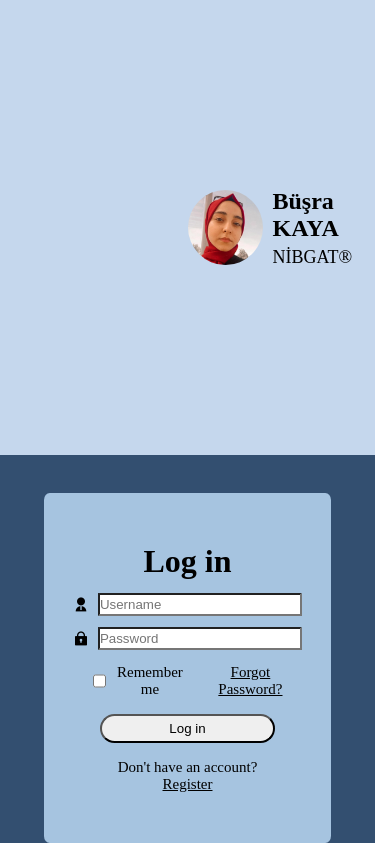
Repository: busra-kayaa/LoginPage
Page: login.html
An editor plug-in stored every save of this project. The page is shown before and after the next save, followed by the edit.
The browser window is 375 px wide. The pictures show the whole page.

Above is the page before, as saved 2024-01-13 15:38:40.

### login.html
<!DOCTYPE html>
<html>
    <head>
        <meta name="viewport" content="width=device-width, initial-scale=1.0"> <!--Bu etiket, web siteyi mobil cihazlarda duyarlı hale getirmek için gereklidir.-->
        <meta name="author" content="Büşra Kaya"/>
        <title>Login Page</title>
        <link
            rel="stylesheet"
            href="./style.css"
            type="text/css"
        />
        <link
            rel="stylesheet"
            href="https://cdnjs.cloudflare.com/ajax/libs/remixicon/3.5.0/remixicon.css"
            crossorigin=""
        />  <!--Remixicon ikon kitaplığını bağlamak için bir stil dosyasını içerir.-->
    </head>
    <body>
        <div class="header-container">
            <div
                class="header-left-side-container"
            >
                <img
                    src="./busra.jpg"
                    height="75px"
                    width="75px"
                    class="logo"
                />
                <div class="header-desc-container">
                    <span class="header-title">
                        Büşra KAYA
                    </span>
                    <span class="header-content">
                        NİBGAT®
                    </span>
                </div>
            </div>
        </div>
        <div class="login-from-container">
            <div class ="login-text"><h1>Log in</h1></div>
            <div class="input-group1">
                <i class="ri-user-2-fill"></i>
                <input
                    type="text"
                    placeholder="Username"
                    class="input-text"
                    autocomplete="off"
                />
            </div>
            <div class="input-group2">
                <i class="ri-lock-2-fill"></i>
                <input
                    type="password"
                    placeholder="Password"
                    class="input-text"
                    autocomplete="off"
                />
            </div>
            <div class="login-check">
                <div class="login-check-box">
                   <input
                        type="checkbox"
                        class="login-check-input"
                        id="user-check"
                    />
                   <label for="user-check" class="login-check-label">Remember me</label>
                </div>
                <a href="#" target="_blank" class="login-forgot">Forgot Password?</a>
            </div>
            <button onclick="alert('Başarıyla Giriş Yaptınız.')" type="submit" class="login-button">Log in</button>
            <div class="login-register">
                Don't have an account? <a href="#"  target="_blank">Register</a>
            </div>
        </div>
    </body>
</html>

### style.css

* {
    padding: 0;
    margin: 0;
}

body {
    background-color: #334F70;
}

.header-container {
    justify-content: space-between;
    background-color: #C5D7ED;
    flex-direction: row;
    align-items: center;
    padding: 20px;
    display: flex;
    margin-bottom: 10%;
}

.header-left-side-container {
    flex-direction: row;
    align-items: center;
    display: flex;
}

.logo {
    border-radius: 50%;
    margin-right: 10px;
}

.header-desc-container {
    display: flex;
    flex-direction: column;
}

.header-title {
    display: flex;
    flex-direction:column;
    font-weight: bold;
    font-size: 24px;
    margin-bottom: 5px;
}

.header-content {
    font-weight:normal;
    font-size: 18px;
    color:rgb(0, 0, 0);
}

.login-from-container {
    background-color: #A6C4E0;
    display: flex;
    border-radius: 2%;
    flex-direction: column;
    align-items: center;
    text-align: center;
    margin: auto;
    width: 32%;
    padding: 50px;
}

.login-text {
    padding-bottom: 15px;
}

.input-group1 {
    display: grid;
    grid-template-columns: 1fr max-content;
    column-gap: .55rem;
    align-items: center;
    margin-bottom: 3%;
}

.input-group1 i {
    font-size: 100 200 px;
}

.input-group2 {
    display: grid;
    grid-template-columns: 1fr max-content;
    column-gap: .55rem;
    align-items: center;

}

.input-group2 i {
    font-size: 100 200 px;
}

.input-text {
    display: flex;
    flex-direction: column;
    width: 230px;
    height: 100%;
    border-radius: 1%;
}

.login-check,
.login-check-box {
    display: flex;
    justify-content: space-between;
    align-items: center;
}

.login-check {
    font-size: 15px;
    margin-top: 1rem;
    margin-bottom: 1rem;
    gap: 34px;
}

.login-check-box {
    column-gap: 10px;
}

.login-check-input {
    width: 1rem;
    height: 2rem;
}

.login-forgot {
    color: black;
}

.login-forgot:hover {
    text-decoration: underline;
}

.login-button {
    width: 175px;
    padding: 5px;
    margin-bottom: 1rem;
    border-radius: 4rem;
    color: var(--black-color);
    font-weight: 500;
}

.login-button:hover {
    background-color: var(--highlight-color);
    color: var(--white-color);
}

.login-button:hover {
    opacity: 0.75;
    cursor: pointer;
}

.login-button:active {
    transform: translateY(2px);
}

.login-register {
    font-size: 15px;
    text-align: center;
}

.login-register a {
    color: var(--white-color);
    font-weight: 500;
}

.login-register a:hover {
    text-decoration: underline;
}
/* Media queries section */

/* Medium devices */
@media only screen  and (max-width: 768px) {

}
/* Small devices*/
@media only screen  and (max-width: 600px) {
    .header-container{
        padding: 50%;
    }
    .login-from-container {
        width: 50%;
    }
    .input-group1 {
        display: grid;
        grid-template-columns: 1fr max-content;
        column-gap: .55rem;
        align-items: center;
        margin-bottom: 8%;
    }
    .input-text {
        display: flex;
        flex-direction: column;
        width: 200px;
        height: 100%;
        border-radius: 1%;
    }
}

After the next save:
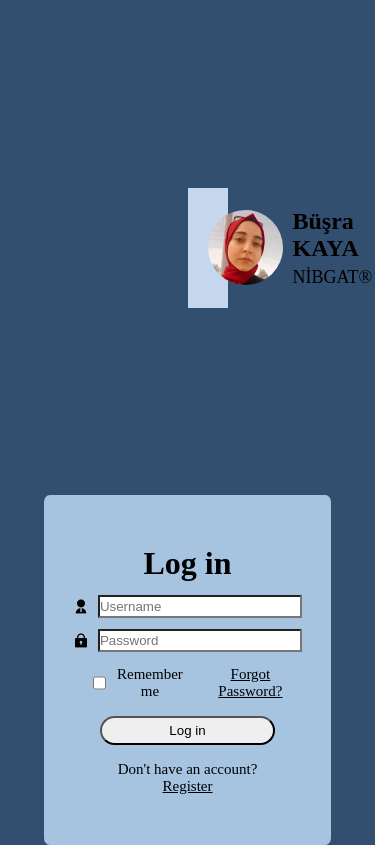
Saved 4 s later.
--- a/style.css
+++ b/style.css
@@ -172,7 +172,7 @@ body {
 /* Small devices*/
 @media only screen  and (max-width: 600px) {
     .header-container{
-        padding: 50%;
+        margin: 50%;
     }
     .login-from-container {
         width: 50%;
